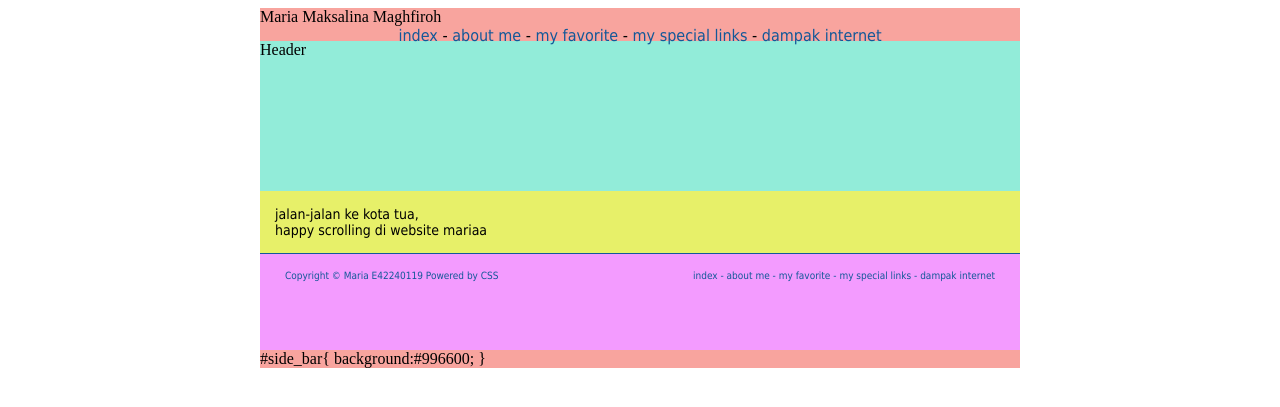
Repository: Bearli-py/latihan_bisdig
Page: index.html
An editor plug-in stored every save of this project. The page is shown before and after the next save, followed by the edit.
The browser window is 1280 px wide. The pictures show the whole page.

Above is the page before, as saved 2025-09-09 16:11:40.

### index.html
<!DOCTYPE html>
<html lang="en">
<head>
    <meta charset="UTF-8">
    <meta name="viewport" content="width=device-width, initial-scale=1.0">
    <link rel="stylesheet" href="style.css">
    <title>Judul</title>

</head>
<body>
    <div id="page-container"> Maria Maksalina Maghfiroh
        <div id="main-nav"><a href="index.html">index</a> -
            <a href="about.html">about me</a> -
            <a href="fav.html">my favorite</a> -
            <a href="links.html">my special links</a> -
            <a
            href="dampak.html">dampak
            internet</a></div>
        <div id="header">Header</div>
        <div id="content">jalan-jalan ke kota tua,<br />
            happy scrolling di website mariaa</div>
        <div id="footer"><div id="altnav">
            <a href="index.html">index</a> -
            <a href="about.html">about me</a> -
            <a href="fav.html">my favorite</a> -
            <a href="links.html">my special links</a> -
            <a
            href="dampak.html">dampak
            internet</a>
            </div>
            Copyright &copy; Maria E42240119 Powered by CSS</div>
            #side_bar{
background:#996600;
}
    </div>

</body>
</html>

### style.css
#page-container {
    width: 760px;
    margin: auto;
    background: rgb(248, 164, 158);
    text-align: left;
}
#header {
    background: rgb(146, 236, 217);
    height: 150px;
}
#content {
    background: rgb(231, 240, 105);
}
#footer {
    background: rgb(243, 155, 255);
    height: 66px;
}
#main-nav {
    height: 15px;
    text-align:center;
    font-family: Tahoma, Arial, Helvetica, Sans-serif;
}
#main-nav a{
    color: #135899;
    text-decoration: none;
}
#main-nav a:hover{color: #db6d16;}
#footer {
    height: 70px;
    font-family: Tahoma, Arial, Helvetica, Sans-serif;
    font-size: 10px;
    color: #135899;
    border-top: 1px solid #135899;
    padding: 13px 25px;
    line-height: 18px;
}
#footer a {
    color: #135899;
    text-decoration: none;
}
#footer a:hover {
    color: #db6d16;
}
#footer #altnav {
    width: 350px;
    float: right;
    text-align: right;
}
#content {
    font-family:Tahoma, arial, helvetica, sans-serif;
    font-size:14px;
    padding: 15px 15px;}

After the next save:
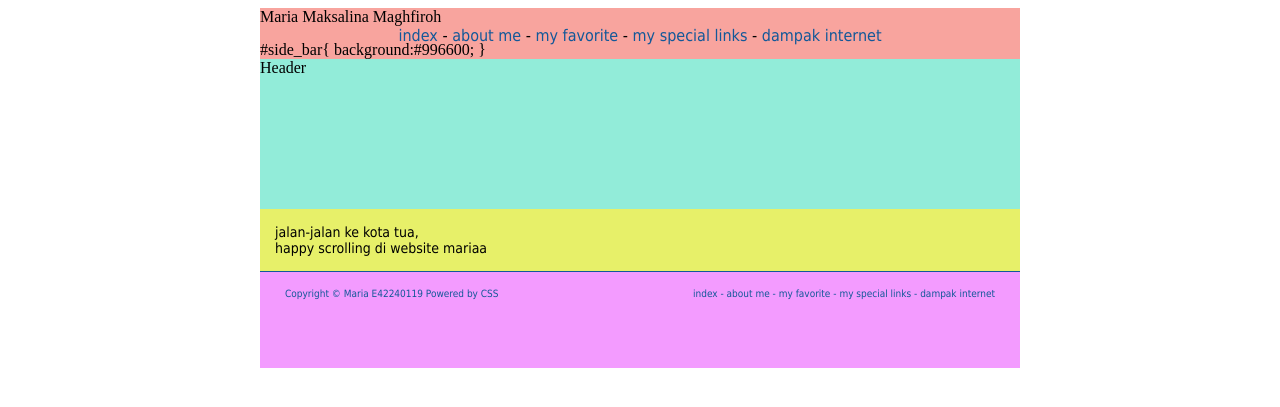
Saved 23 s later.
--- a/index.html
+++ b/index.html
@@ -16,6 +16,9 @@
             <a
             href="dampak.html">dampak
             internet</a></div>
+            #side_bar{
+background:#996600;
+}
         <div id="header">Header</div>
         <div id="content">jalan-jalan ke kota tua,<br />
             happy scrolling di website mariaa</div>
@@ -29,9 +32,6 @@
             internet</a>
             </div>
             Copyright &copy; Maria E42240119 Powered by CSS</div>
-            #side_bar{
-background:#996600;
-}
     </div>
 
 </body>
